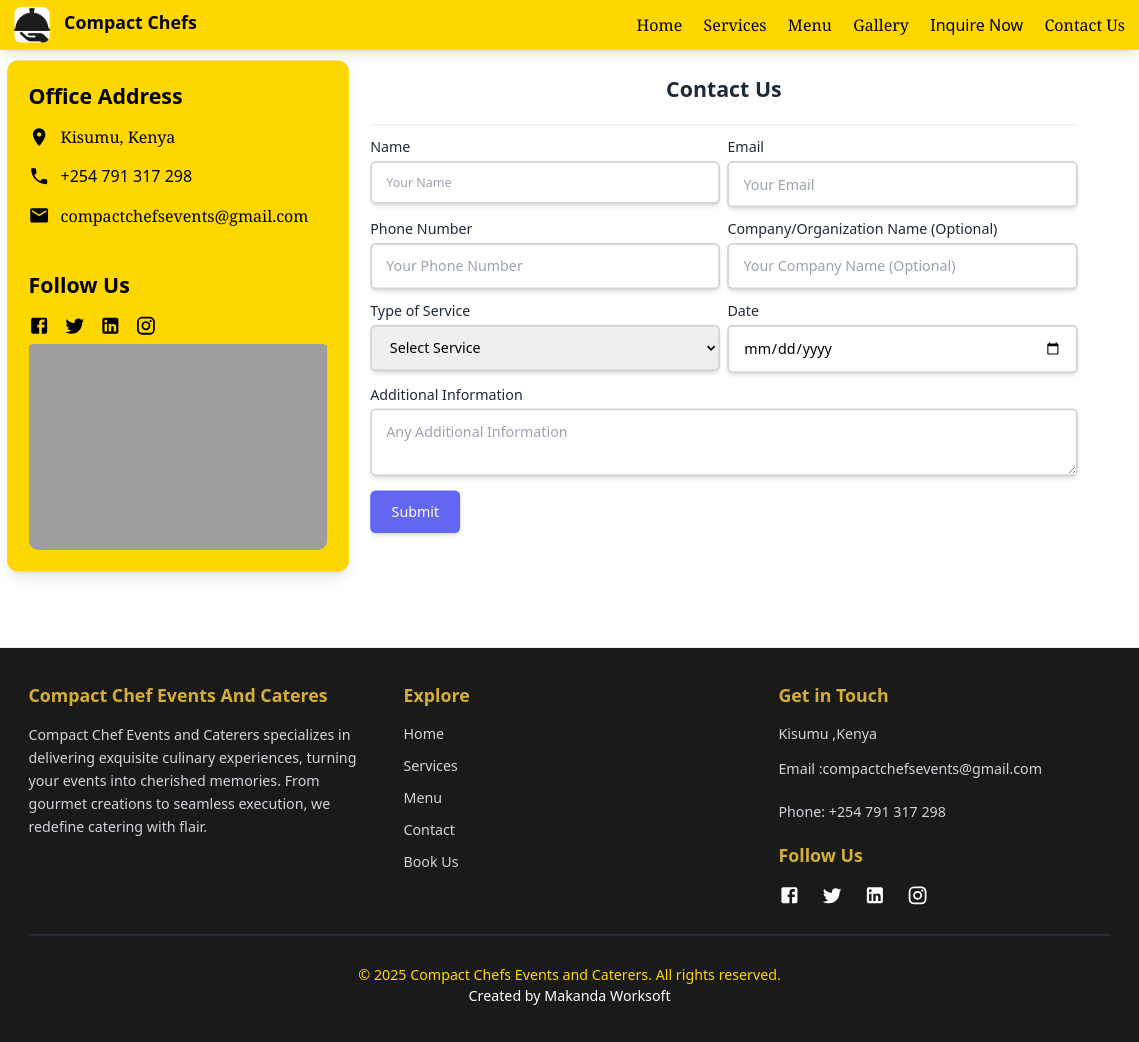
Repository: makanda596/compactchef
Page: /contact
These files come from the project's save history. The page is drawn as it stood at one moment and after the next save; the edit follows.
The browser window is 1280 px wide. The pictures show the whole page, at 89% of full size.
Pictures or frames that could not be fetched are drawn as grey boxes. The project was rebuilt for these pictures with package versions that can differ from the ones it lists, and the page was loaded fresh each time. Also part of the build but not shown: src/components/Hero.jsx, src/components/Client.jsx, src/components/Reviews.jsx, src/components/About.jsx, src/pages/Home.jsx, src/pages/Services.jsx, src/pages/Menu.jsx, src/pages/Book.jsx and 1 more.

Above is the page before, as saved 2025-01-21 14:42:53.

After the next save:
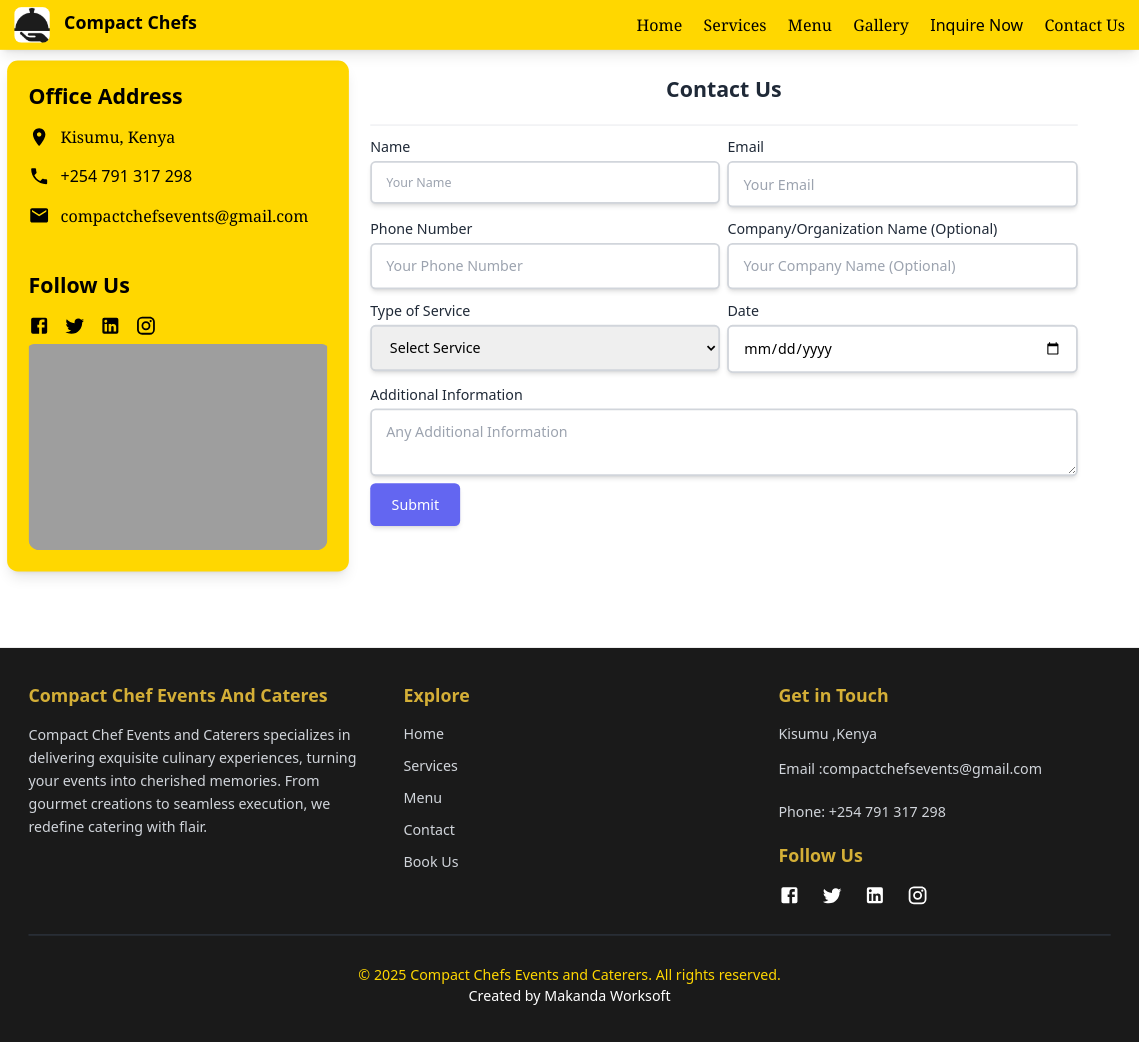
Saved 25 s later.
--- a/src/pages/Contact.jsx
+++ b/src/pages/Contact.jsx
@@ -203,7 +203,7 @@ const Contact = () => {
                                         </div>
                                     </div>
 
-                                    <div className="pt-4">
+                                    <div className="pt-2">
                                         <button
                                             type="submit"
                                             className="bg-indigo-500 text-white px-6 py-3 rounded-md shadow-md hover:bg-indigo-600 transition-colors"
